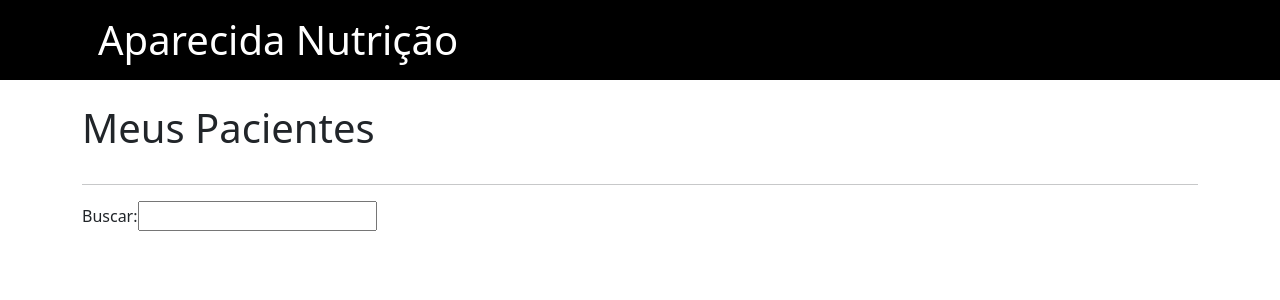
Repository: eversonps/app-paciente
Page: / (app in frontend/)
The author's editor kept a copy of each file at every save. The page is drawn from the files as they stood at one save, then again after the next save.
The browser window is 1280 px wide. The pictures show the whole page.
The project was rebuilt for these pictures with package versions that can differ from the ones it lists, and the page was loaded fresh each time.

Above is the page before, as saved 2022-03-28 13:51:11.

### frontend/src/index.js
import React from 'react';
import ReactDOM from 'react-dom';
import './index.css';
import App from './App';
import  '../node_modules/bootstrap/dist/css/bootstrap.min.css'

ReactDOM.render(
    <App />,
    document.getElementById('root')
);

### frontend/src/App.jsx
import Header from "./components/Header";
import MyPacients from "./components/MyPacients";
import Main from "./components/Main"

function App() {
  return (
    <div className="App">
        <Header></Header>
        <Main>
            <MyPacients></MyPacients>
        </Main>
    </div>
  );
}

export default App;

### frontend/src/components/Header.jsx
import React from "react";

export default props => {
    return (
        <header className="bg-black">
            <div className="container">
                <h1 className="text-white p-3">Aparecida Nutrição</h1>
            </div>
        </header>
    )
}

### frontend/src/components/MyPacients.jsx
import React from "react";

export default props => (
    <div>
        <h1 className="pt-3 pb-3">Meus Pacientes</h1>
        <hr />
        <div>
            <label className="ml-4">Buscar: </label>
            <input type="text" />
        </div>
    </div>
)

### frontend/src/components/Main.jsx
import React from "react";

export default props => (
    <main className="container">
        {props.children}
    </main>
)

Loaded but not shown: frontend/public/index.html (common file); frontend/src/index.css (common file)

After the next save:
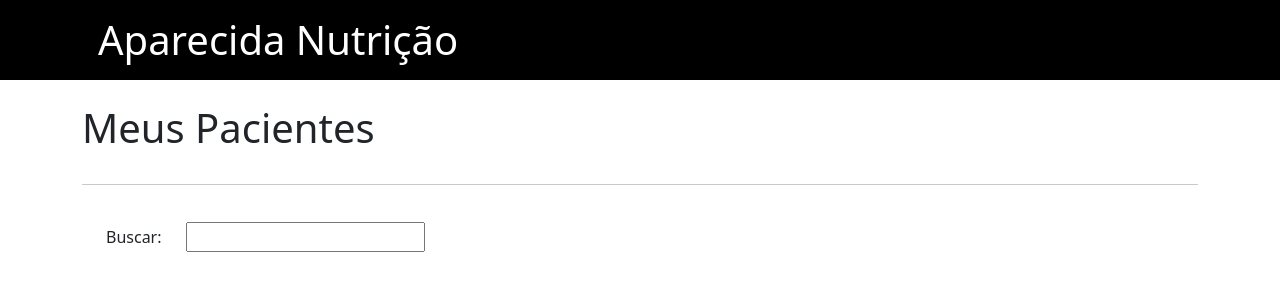
Saved 27 s later.
--- a/frontend/src/components/MyPacients.jsx
+++ b/frontend/src/components/MyPacients.jsx
@@ -5,7 +5,7 @@ export default props => (
         <h1 className="pt-3 pb-3">Meus Pacientes</h1>
         <hr />
         <div>
-            <label className="ml-4">Buscar: </label>
+            <label className="m-4">Buscar: </label>
             <input type="text" />
         </div>
     </div>
